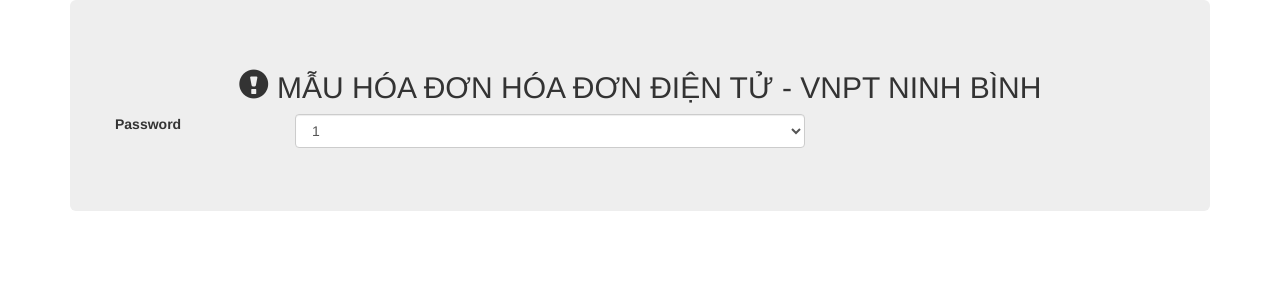
Repository: hoadonvnptninhbinh/hoadonvnptninhbinh
Page: index.html
The author's editor kept a copy of each file at every save. The page is drawn from the files as they stood at one save, then again after a run of saves.
The browser window is 1280 px wide. The pictures show the whole page.

Above is the page before, as saved 2020-04-07 14:25:02.

After the next 2 saves:
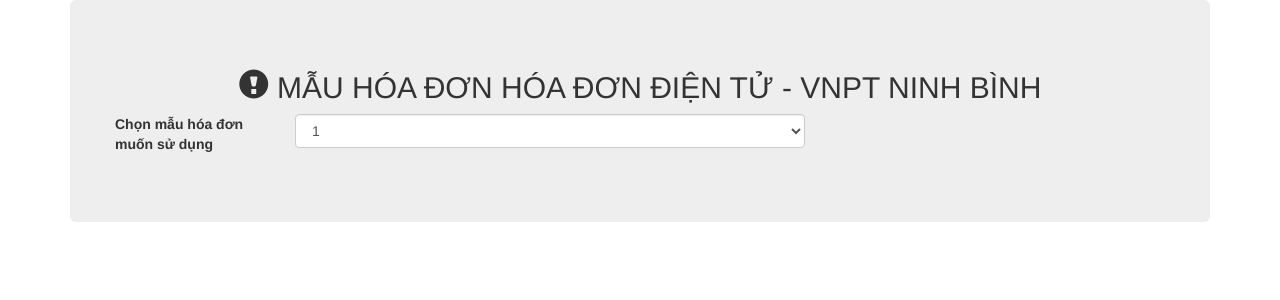
The 2 saves are shown as one change because they came seconds apart.
The last was saved 64 s later.
--- a/index.html
+++ b/index.html
@@ -18,7 +18,7 @@
             <h2 style="text-align: center;"><span class="glyphicon glyphicon-exclamation-sign"></span> MẪU HÓA ĐƠN HÓA ĐƠN ĐIỆN TỬ - VNPT NINH BÌNH</h2>
             <div class="row">
                 <div class="form-group row">
-                    <label for="inputPassword" class="col-sm-2 col-form-label">Password</label>
+                    <label for="inputPassword" class="col-sm-2 col-form-label">Chọn mẫu hóa đơn muốn sử dụng</label>
                     <div class="col-sm-6">
                         <select class="form-control" id="sel1">
                             <option>1</option>
